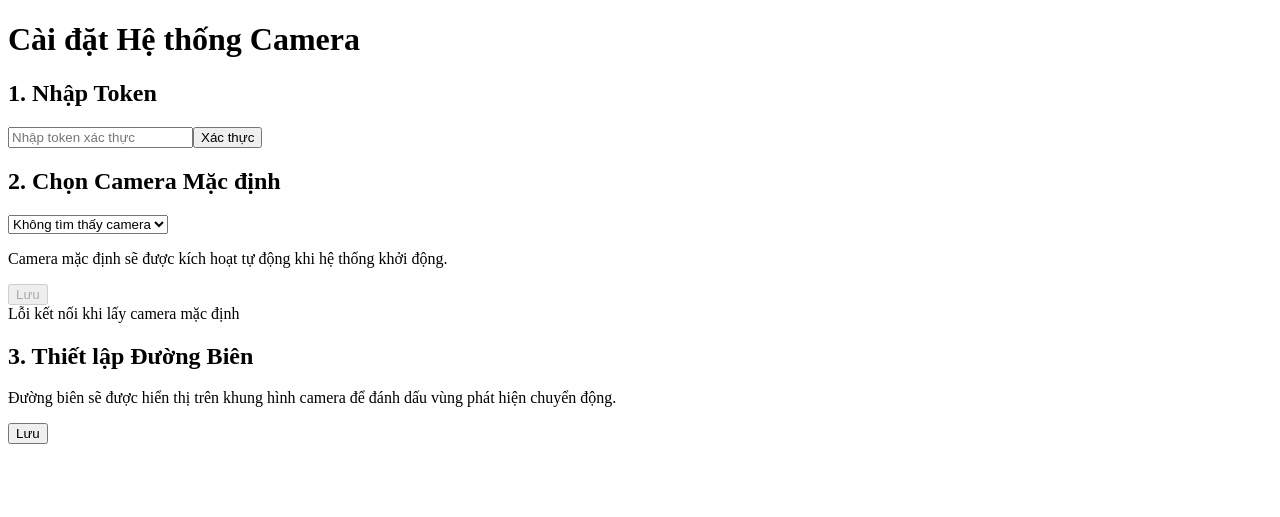
Repository: AzenKain/Traffic-Red-Light-Running-Violation-Detection
Page: /setting (app in client-web/client-web/)
These files come from the project's save history. The page is drawn as it stood at one moment and after the next save; the edit follows.
The browser window is 1280 px wide. The pictures show the whole page.
The page's requests for data from a server got no answer. The project was rebuilt for these pictures with package versions that can differ from the ones it lists, and the page was loaded fresh each time. The framework's server and built-in components were replaced by stand-ins that run in the browser. No one was signed in, and anything a server would have sent is missing.

Above is the page before, as saved 2025-03-23 02:24:22.

### client-web/client-web/src/app/setting/page.tsx
"use client";
import { useEffect, useState } from "react";

interface Camera {
  id: number;
  name: string;
}

export default function CameraSettings() {
  // Token state
  const [token, setToken] = useState<string>("");
  const [tokenStatus, setTokenStatus] = useState<string>("");
  const [isValidating, setIsValidating] = useState<boolean>(false);

  // Camera settings
  const [availableCameras, setAvailableCameras] = useState<Camera[]>([]);
  const [defaultCameraId, setDefaultCameraId] = useState<number>(0);
  const [isLoadingCameras, setIsLoadingCameras] = useState<boolean>(false);
  const [cameraStatus, setCameraStatus] = useState<string>("");

  const [imageSrc, setImageSrc] = useState<string | null>(null);
  const [isLoading, setIsLoading] = useState(true);
  const [websocket, setWebsocket] = useState<WebSocket | null>(null);

  // Fetch available cameras on component mount
  useEffect(() => {
    fetchAvailableCameras();
    fetchDefaultCamera()
  }, []);

  const validateToken = async () => {
    if (!token.trim()) {
      setTokenStatus("Token không được để trống");
      return;
    }

    setIsValidating(true);
    setTokenStatus("Đang xác thực token...");

    try {
      // Replace with your actual API endpoint
      const response = await fetch('http://localhost:8000/validate-token', {
        method: 'POST',
        headers: {
          'Content-Type': 'application/json'
        },
        body: JSON.stringify({ token })
      });

      if (response.ok) {
        setTokenStatus("Token hợp lệ");
      } else {
        setTokenStatus("Token không hợp lệ");
      }
    } catch (error) {
      console.error('Error validating token:', error);
      setTokenStatus("Lỗi kết nối đến máy chủ");
    } finally {
      setIsValidating(false);
    }
  };

  const fetchDefaultCamera = async () => {
    try {
      // Replace with your actual API endpoint
      const response = await fetch('http://localhost:8000/default-camera');

      if (response.ok) {
        const data = await response.json();
        setDefaultCameraId(Number(data.default_camera));
      }
    } catch (error) {
      console.error('Error fetching cameras:', error);
      setCameraStatus("Lỗi kết nối khi lấy camera mặc định");
    }
  };

  const fetchAvailableCameras = async () => {
    setIsLoadingCameras(true);
    setCameraStatus("Đang tải danh sách camera...");

    try {
      // Replace with your actual API endpoint
      const response = await fetch('http://localhost:8000/available-cameras');

      if (response.ok) {
        const data = await response.json();
        // Convert the data to the expected format
        const cameras = data.available_cameras.map((id: number) => ({
          id,
          name: `Camera ${id}`
        }));

        setAvailableCameras(cameras);

        // If cameras are available, set the first one as default
        if (cameras.length > 0) {
          setDefaultCameraId(cameras[0].id);
          setCameraStatus(`Đã tìm thấy ${cameras.length} camera`);
        } else {
          setCameraStatus("Không tìm thấy camera nào");
        }
      } else {
        setCameraStatus("Không thể tải danh sách camera");
      }
    } catch (error) {
      console.error('Error fetching cameras:', error);
      setCameraStatus("Lỗi kết nối khi tải danh sách camera");
    } finally {
      setIsLoadingCameras(false);
    }
  };

  const saveDefaultCamera = async () => {
    setCameraStatus("Đang lưu cài đặt camera mặc định...");

    try {
      // Replace with your actual API endpoint
      const response = await fetch('http://localhost:8000/save-default-camera', {
        method: 'POST',
        headers: {
          'Content-Type': 'application/json'
        },
        body: JSON.stringify({ camera_id: defaultCameraId })
      });

      if (response.ok) {
        setCameraStatus("Đã lưu camera mặc định thành công");
      } else {
        setCameraStatus("Không thể lưu cài đặt camera mặc định");
      }
    } catch (error) {
      console.error('Error saving default camera:', error);
      setCameraStatus("Lỗi kết nối khi lưu cài đặt camera");
    }
  };
  useEffect(() => {
    if (websocket) {
      websocket.close();
      setWebsocket(null);
      setImageSrc(null);
    }
    if (defaultCameraId === -1) return

    const ws = new WebSocket(`ws://localhost:8000/ws?camera_id=${defaultCameraId}`);
    setWebsocket(ws);

    ws.onopen = () => {
      console.log(`WebSocket connected to camera ${defaultCameraId}`);
    };

    ws.onmessage = (event) => {
      setImageSrc(`data:[embedded picture, 37 characters]);
    };

    ws.onerror = (error) => {
      console.error("WebSocket Error:", error);
    };

    ws.onclose = () => {
      console.log("WebSocket connection closed");
    };

    return () => {
      ws.close();
    };
  }, [defaultCameraId]);

  return (
    <div className="container mx-auto p-4 max-w-3xl">
      <div className="bg-white shadow-md rounded-lg overflow-hidden">
        <div className="p-6">
          <h1 className="text-2xl font-bold text-center mb-6">Cài đặt Hệ thống Camera</h1>

          {/* Section 1: Token Input */}
          <div className="mb-6 p-4 border border-gray-200 rounded-md">
            <h2 className="text-lg font-semibold mb-3">1. Nhập Token</h2>
            <div className="flex flex-wrap gap-2">
              <input
                type="password"
                className="flex-1 min-w-64 p-2 border border-gray-300 rounded-md"
                placeholder="Nhập token xác thực"
                value={token}
                onChange={(e) => setToken(e.target.value)}
                disabled={isValidating}
              />
              <button
                className="px-4 py-2 bg-blue-500 text-white rounded-md hover:bg-blue-600"
                onClick={validateToken}
                disabled={isValidating}
              >
                {isValidating ? (
                  <>
                    <span className="inline-block animate-spin mr-2">↻</span>
                    Đang xác thực
                  </>
                ) : (
                  <>Xác thực</>
                )}
              </button>
            </div>
            {tokenStatus && (
              <div className={`mt-2 p-2 rounded-md text-sm ${
                tokenStatus.includes("hợp lệ") ? 'bg-green-100 text-green-800' :
                tokenStatus.includes("không") ? 'bg-red-100 text-red-800' :
                'bg-blue-100 text-blue-800'
              }`}>
                {tokenStatus}
              </div>
            )}
          </div>

          {/* Section 2: Default Camera Selection */}
          <div className="mb-6 p-4 border border-gray-200 rounded-md">
            <h2 className="text-lg font-semibold mb-3">2. Chọn Camera Mặc định</h2>
            <div className="mb-2">
              <select
                className="w-full p-2 border border-gray-300 rounded-md"
                value={defaultCameraId}
                onChange={(e) => setDefaultCameraId(Number(e.target.value))}
                disabled={isLoadingCameras}
              >
                {isLoadingCameras ? (
                  <option value="">Đang tải danh sách camera...</option>
                ) : availableCameras.length === 0 ? (
                  <option value="">Không tìm thấy camera</option>
                ) : (
                  <>
                    <option value="">Chọn camera mặc định</option>
                    {availableCameras.map(camera => (
                      <option key={camera.id} value={camera.id}>
                        {camera.name}
                      </option>
                    ))}
                  </>
                )}
              </select>
            </div>

            <div className="flex justify-between items-center mt-3">
              <p className="text-sm text-gray-600">
                Camera mặc định sẽ được kích hoạt tự động khi hệ thống khởi động.
              </p>
              <button
                className="px-4 py-2 bg-blue-500 text-white rounded-md hover:bg-blue-600"
                onClick={saveDefaultCamera}
                disabled={isLoadingCameras || defaultCameraId === 0}
              >
                Lưu
              </button>
            </div>

            {cameraStatus && (
              <div className={`mt-2 p-2 rounded-md text-sm ${
                cameraStatus.includes("thành công") ? 'bg-green-100 text-green-800' :
                cameraStatus.includes("Không") || cameraStatus.includes("Lỗi") ? 'bg-red-100 text-red-800' :
                'bg-blue-100 text-blue-800'
              }`}>
                {cameraStatus}
              </div>
            )}
          </div>

          {/* Section 3: Boundary Settings */}
          <div className="mb-6 p-4 border border-gray-200 rounded-md">
            <h2 className="text-lg font-semibold mb-3">3. Thiết lập Đường Biên</h2>


            <div className="flex justify-between items-center mt-3">
              <p className="text-sm text-gray-600">
                Đường biên sẽ được hiển thị trên khung hình camera để đánh dấu vùng phát hiện chuyển động.
              </p>
              <button
                className="px-4 py-2 bg-blue-500 text-white rounded-md hover:bg-blue-600"

              >
                Lưu
              </button>
            </div>


          </div>
        </div>
      </div>
    </div>
  );
}

After the next save:
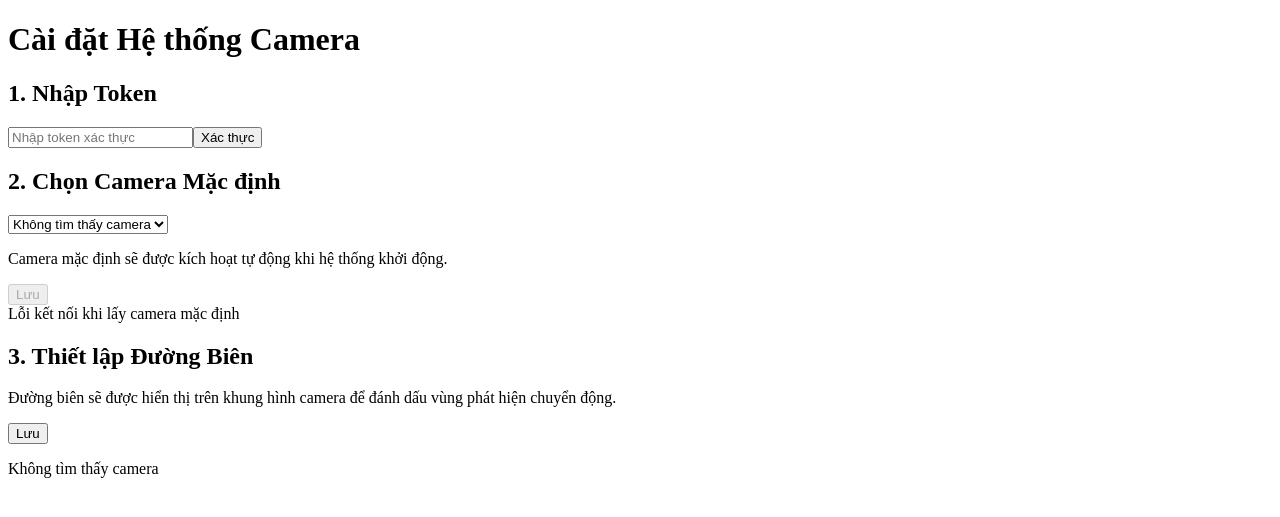
Saved 33 s later.
--- a/client-web/client-web/src/app/setting/page.tsx
+++ b/client-web/client-web/src/app/setting/page.tsx
@@ -277,7 +277,20 @@ export default function CameraSettings() {
                 Lưu
               </button>
             </div>
-
+            <div className="relative w-full mt-4">
+          {imageSrc ? (
+            <img
+              src={imageSrc}
+              alt="Live Stream"
+              className="w-full h-auto rounded-lg shadow-lg"
+            />
+          ) : (
+            <div className="flex flex-col items-center justify-center h-64 bg-base-200 rounded-lg">
+              <span className="loading loading-spinner loading-md mb-2"></span>
+              <p>{availableCameras.length === 0 ? "Không tìm thấy camera" : "Đang kết nối..."}</p>
+            </div>
+          )}
+        </div>
 
           </div>
         </div>
